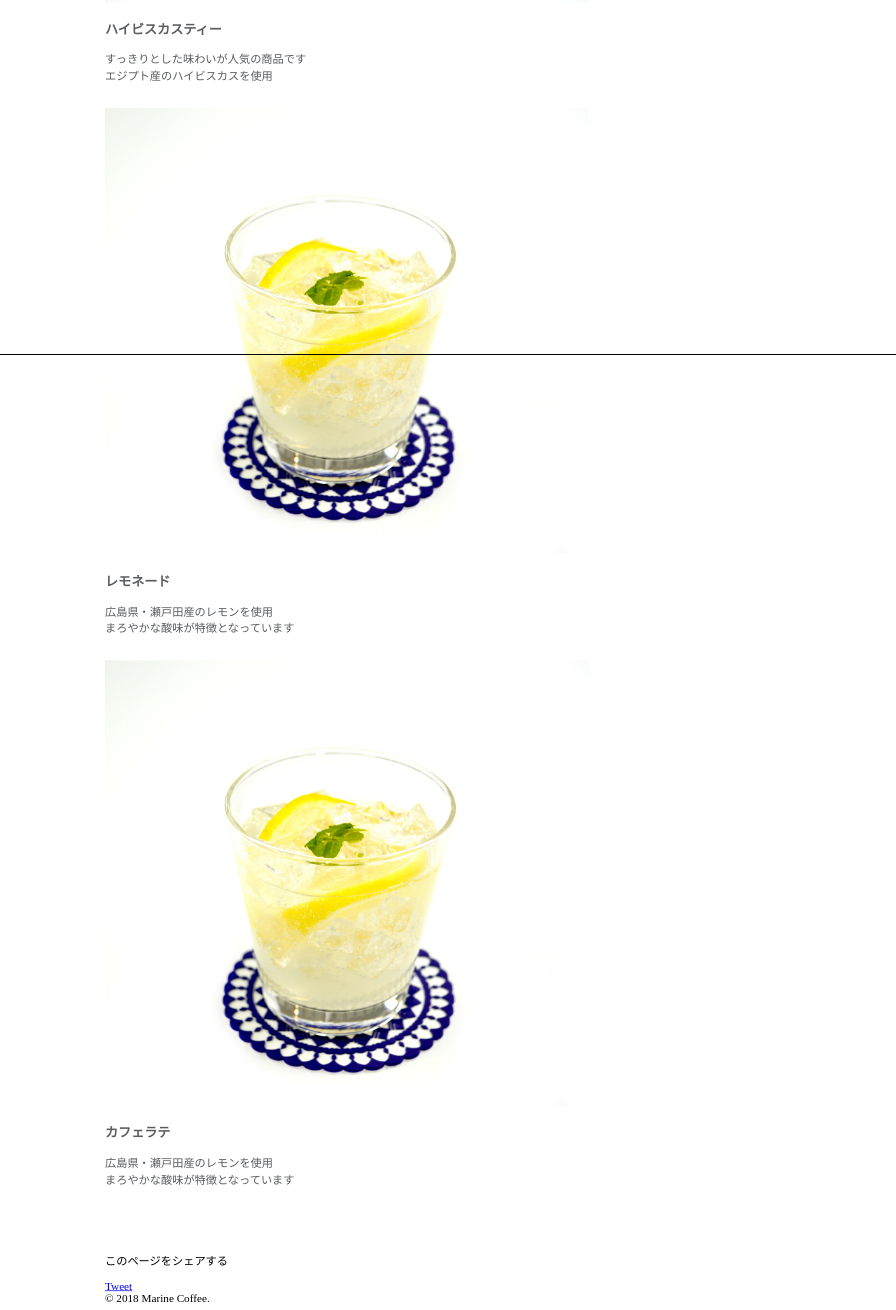
Repository: Kazuya888/samurai_HTML-CSS
Page: marine_coffee/menu.html
The author's editor kept a record of every edit. The page is drawn from the files as they stood at one moment, then again after the next edit.
The browser window is 1280 px wide. The pictures show the part of the page from y = 2399 to 4319 px (the page is 4271 px tall before and 4319 px after), at 70% of full size.

Above is the page before.

After the next edit:
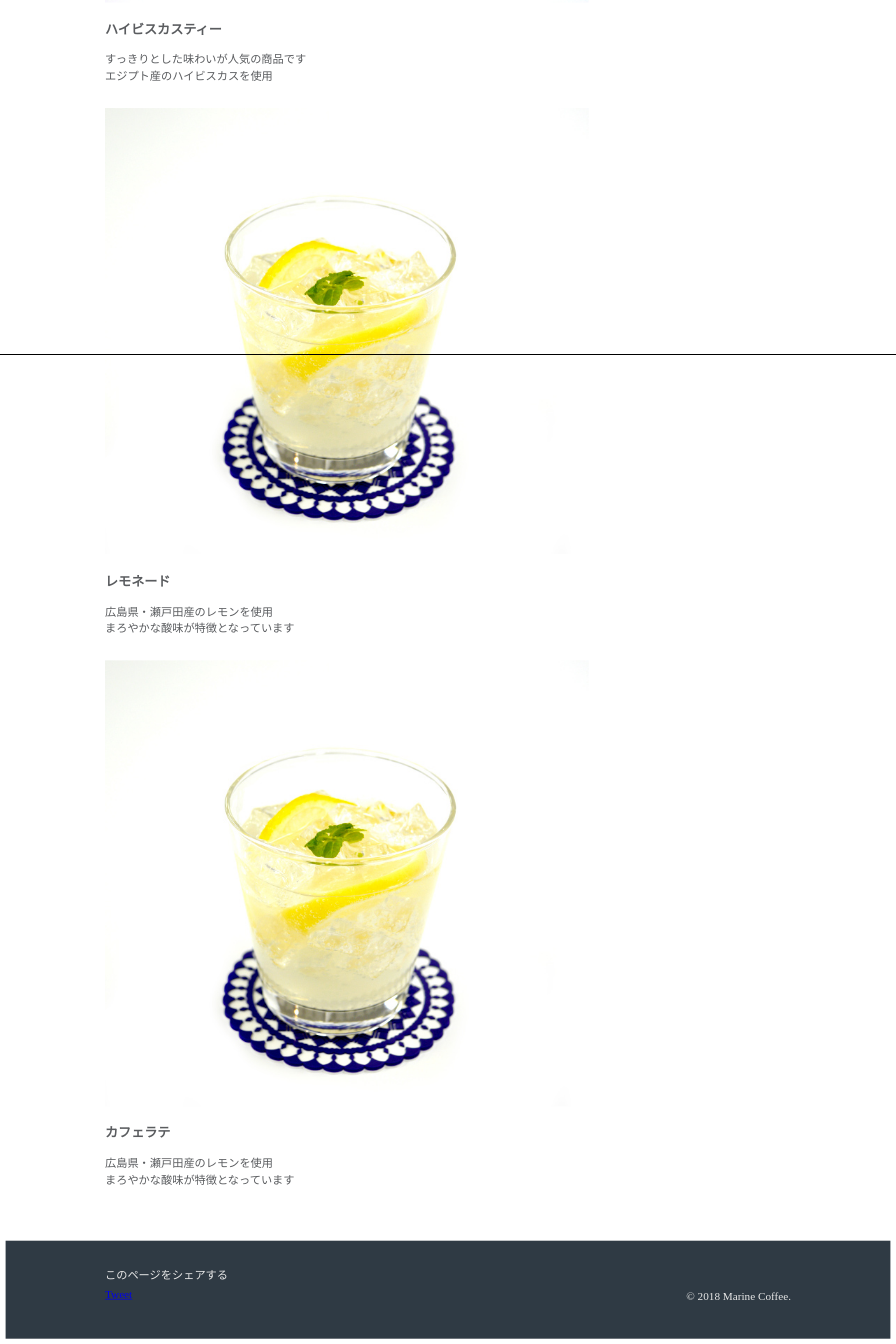
The edit:
--- a/marine_coffee/common.css
+++ b/marine_coffee/common.css
@@ -37,3 +37,19 @@
     background-color: #e2f1ff;
     transition: background-color 0.5s;
 }
+.footer{
+    height: 120px;
+    background-color: #2f3a44;
+    color: #e8e8e8;
+    padding-top:20px;
+}
+.footer-left{
+    float: left;
+}
+.footer-right{
+    float: right;
+    padding-top: 50px;
+}
+.footer-left p{
+    margin-bottom:8px;
+}
